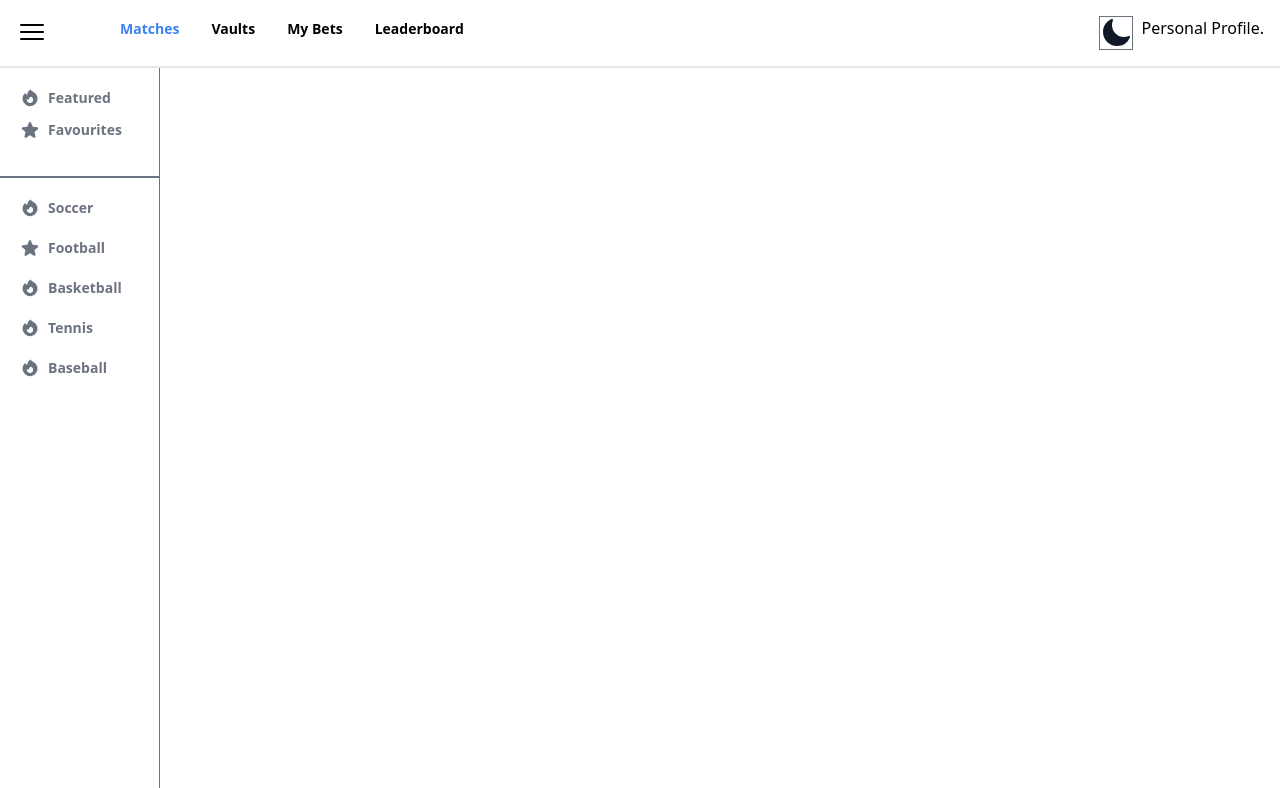
Repository: thekingisherenow/Betterbook
Page: /
The author's editor kept a copy of each file at every save. The page is drawn from the files as they stood at one save, then again after the next save.
The browser window is 1280 px wide. The pictures show the whole page.
The project was rebuilt for these pictures with package versions that can differ from the ones it lists, and the page was loaded fresh each time. The framework's server and built-in components were replaced by stand-ins that run in the browser. Also part of the build but not shown: next.config.js.

Above is the page before, as saved 2023-01-17 00:43:11.

After the next save:
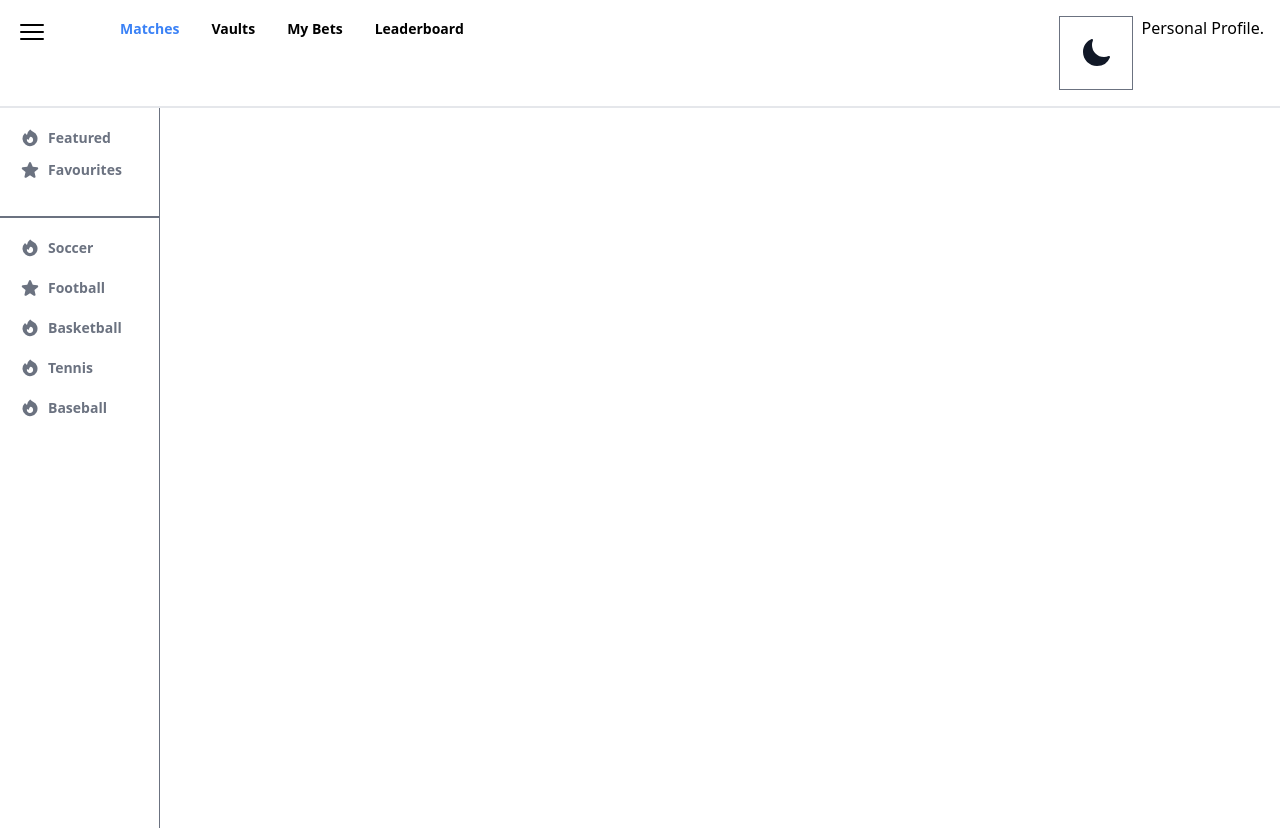
Saved 4 s later.
--- a/src/components/Typography/Header.tsx
+++ b/src/components/Typography/Header.tsx
@@ -20,7 +20,7 @@ function Header() {
         </div>
         <div className='flex space-x-2 justify-end ml-auto '>
           {/* DARK MODE BUTTON  */}
-          <div className='border border-gray-500'>
+          <div className='border border-gray-500 p-5'>
           <DarkModeButton   />
           </div>
             <div>
